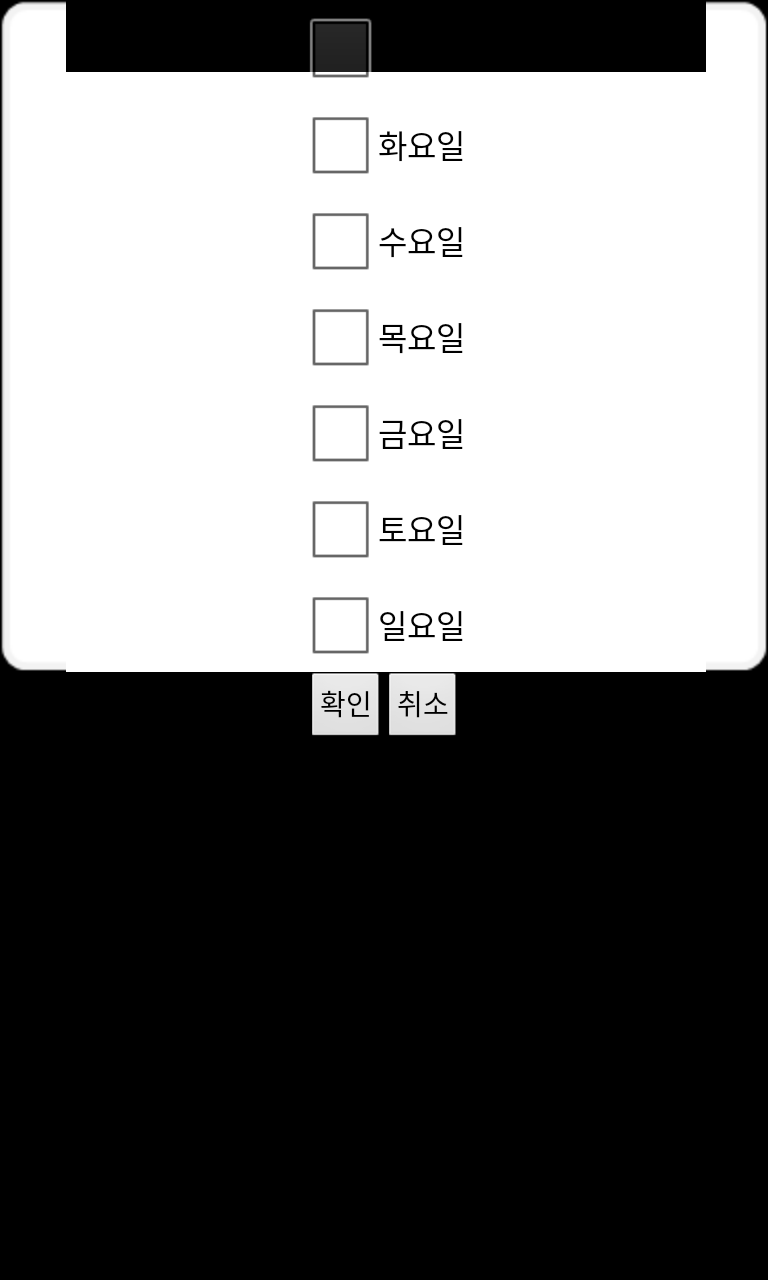
Repository: blacky512/smart_morning_call
Layout: client/SmartMorningCall/res/layout/dayselect_frag.xml
The author's editor kept a copy of each file at every save. The layout is drawn from the files as they stood at one save, then again after the next save.
It is drawn on a 768 x 1280 px phone screen (xhdpi) without system bars, with theme android:Theme.NoTitleBar; the app's code is not run.

Above is the layout before, as saved 2013-02-19 14:43:43.

After the next save:
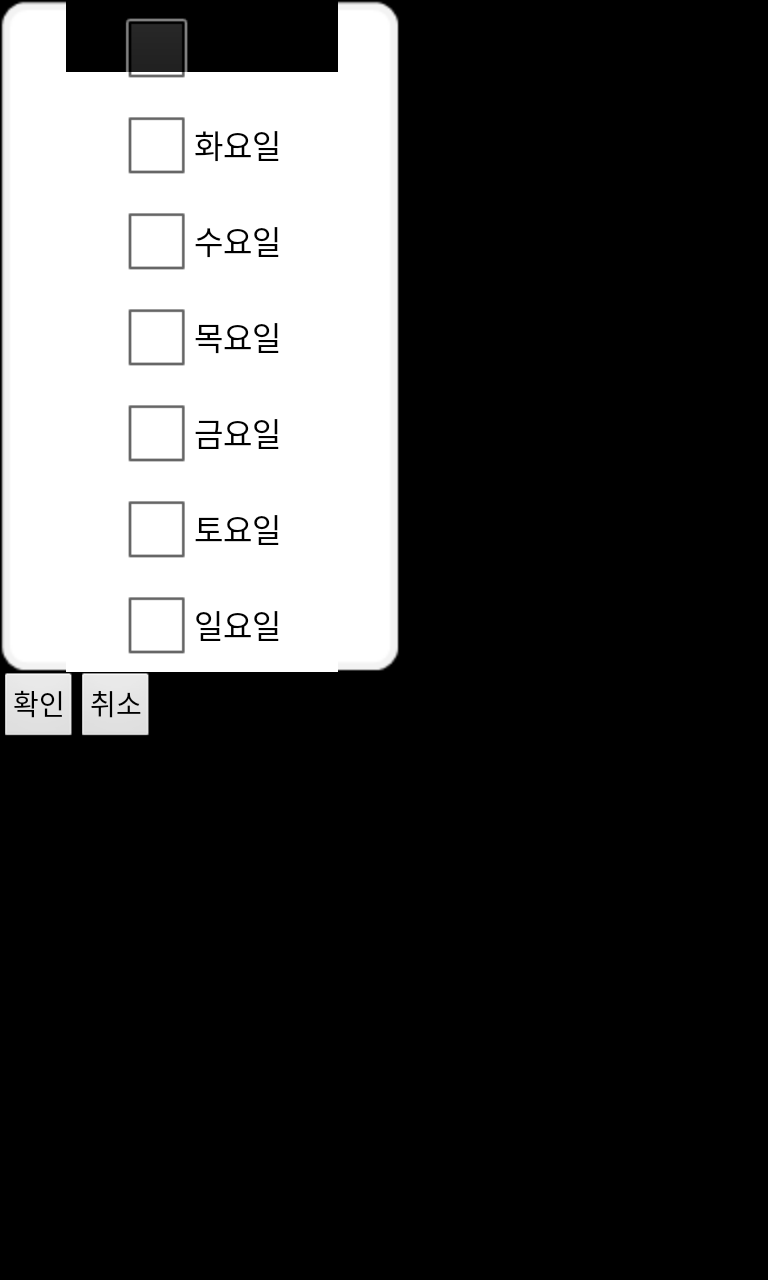
Saved 37 s later.
--- a/client/SmartMorningCall/res/layout/dayselect_frag.xml
+++ b/client/SmartMorningCall/res/layout/dayselect_frag.xml
@@ -9,7 +9,7 @@
 
     <LinearLayout
         android:id="@+id/daysel"
-        android:layout_width="match_parent"
+        android:layout_width="200dp"
         android:layout_height="wrap_content"
         android:background="@drawable/te"
         android:orientation="vertical"
@@ -73,9 +73,9 @@
     </LinearLayout>
 
     <RelativeLayout
-        android:layout_width="match_parent"
+        android:layout_width="wrap_content"
         android:layout_height="wrap_content"
-        android:layout_below="@+id/daysel">
+        android:layout_below="@+id/daysel" >
 
         <LinearLayout
             android:layout_width="wrap_content"
